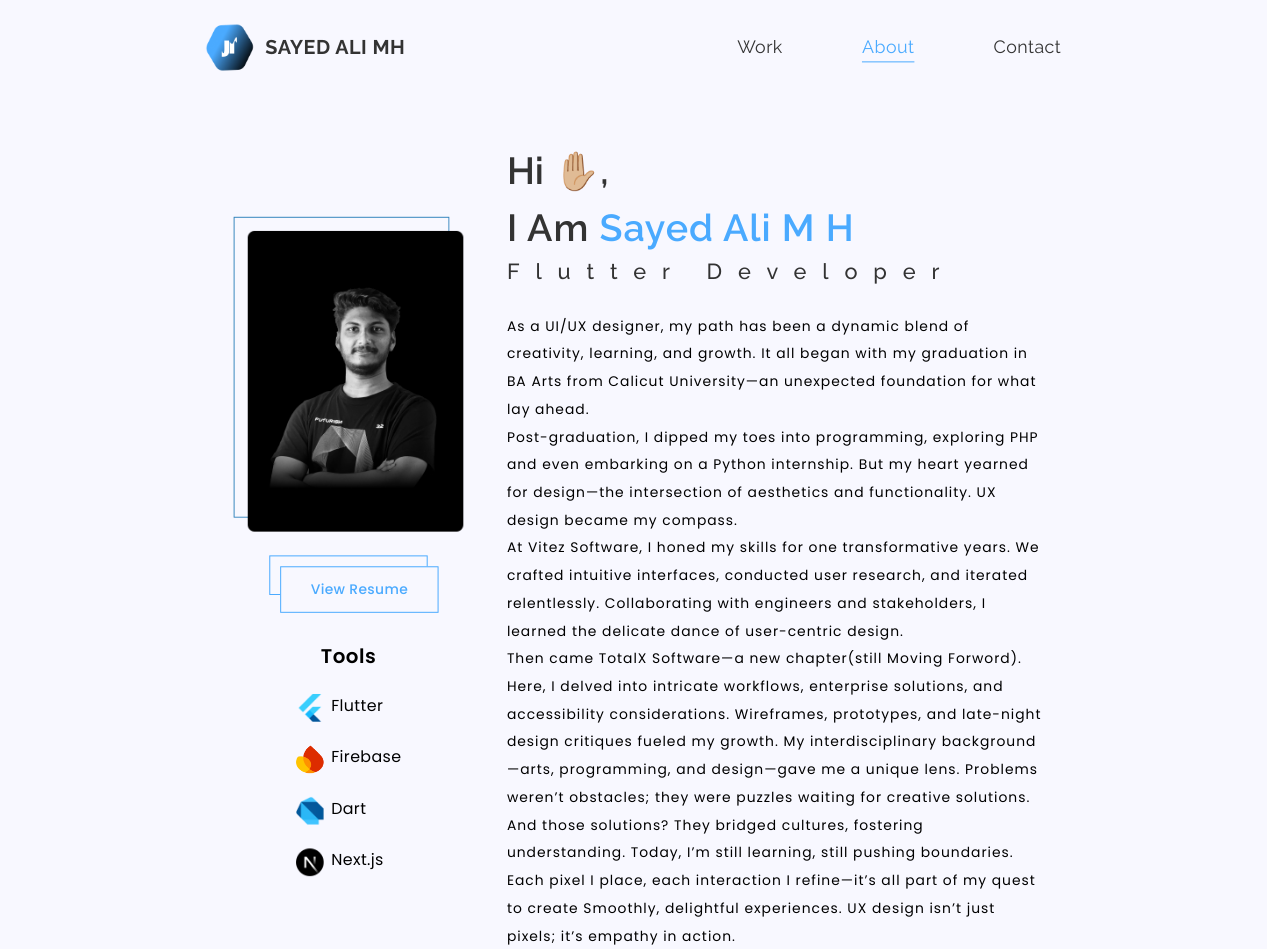
Repository: sayedali-2129/sayedali-portfolio
Page: /about
An editor plug-in stored every save of this project. The page is shown before and after the next save, followed by the edit.
The browser window is 1280 px wide. The pictures show the whole page, at 99% of full size.
The project was rebuilt for these pictures with package versions that can differ from the ones it lists, and the page was loaded fresh each time. The framework's server and built-in components were replaced by stand-ins that run in the browser. Also part of the build but not shown: next.config.ts.

Above is the page before, as saved 2025-05-25 17:05:02.

After the next save:
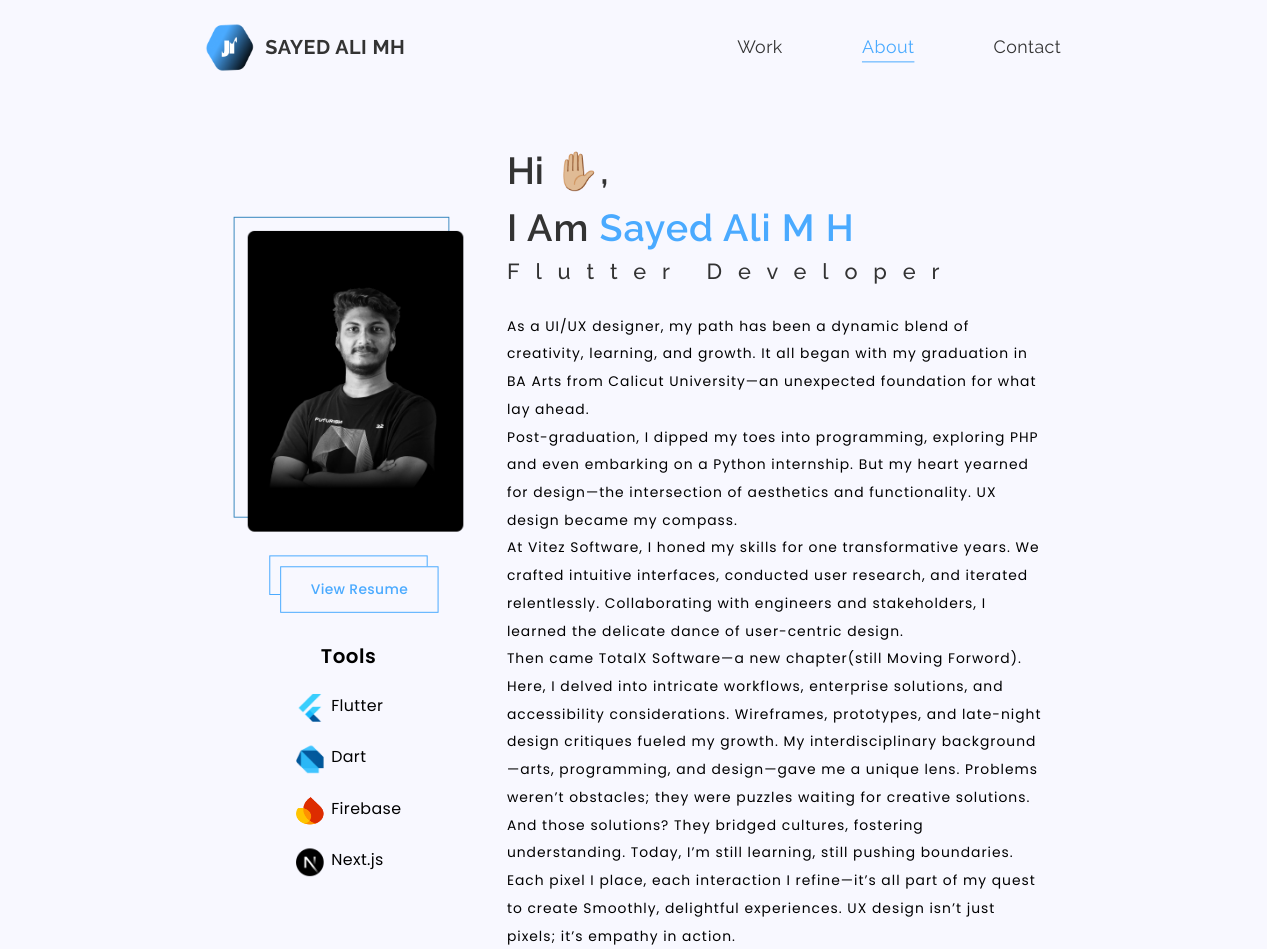
Saved 3 min 19 s later.
--- a/src/features/about/components/AboutBody.tsx
+++ b/src/features/about/components/AboutBody.tsx
@@ -33,7 +33,7 @@
             <li>
               <Image
                 src={FlutterIcon}
-                alt="FIGMA "
+                alt="Flutter"
                 className="md:w-7 w-6 md:h-7 h-6"
               />
             </li>
@@ -46,22 +46,8 @@
           <ul className="mt-6 flex gap-2">
             <li>
               <Image
-                src={FirebaseIcon}
-                alt="Sketch "
-                className="md:w-7 w-6 md:h-7 h-6"
-              />
-            </li>
-            <li>
-              <h4 className=" font-PoppinsRegular tracking-wide text-base">
-                Firebase
-              </h4>
-            </li>
-          </ul>
-          <ul className="mt-6 flex gap-2">
-            <li>
-              <Image
                 src={DartIcon}
-                alt="Adobe Illustrator "
+                alt="Dart"
                 className="md:w-7 w-6 md:h-7 h-6"
               />
             </li>
@@ -74,8 +60,23 @@
           <ul className="mt-6 flex gap-2">
             <li>
               <Image
+                src={FirebaseIcon}
+                alt="Firebase"
+                className="md:w-7 w-6 md:h-7 h-6"
+              />
+            </li>
+            <li>
+              <h4 className=" font-PoppinsRegular tracking-wide text-base">
+                Firebase
+              </h4>
+            </li>
+          </ul>
+
+          <ul className="mt-6 flex gap-2">
+            <li>
+              <Image
                 src={NextIcon}
-                alt="Adobe Photoshop "
+                alt="Next.js"
                 className="md:w-7 w-6 md:h-7 h-6"
               />
             </li>
